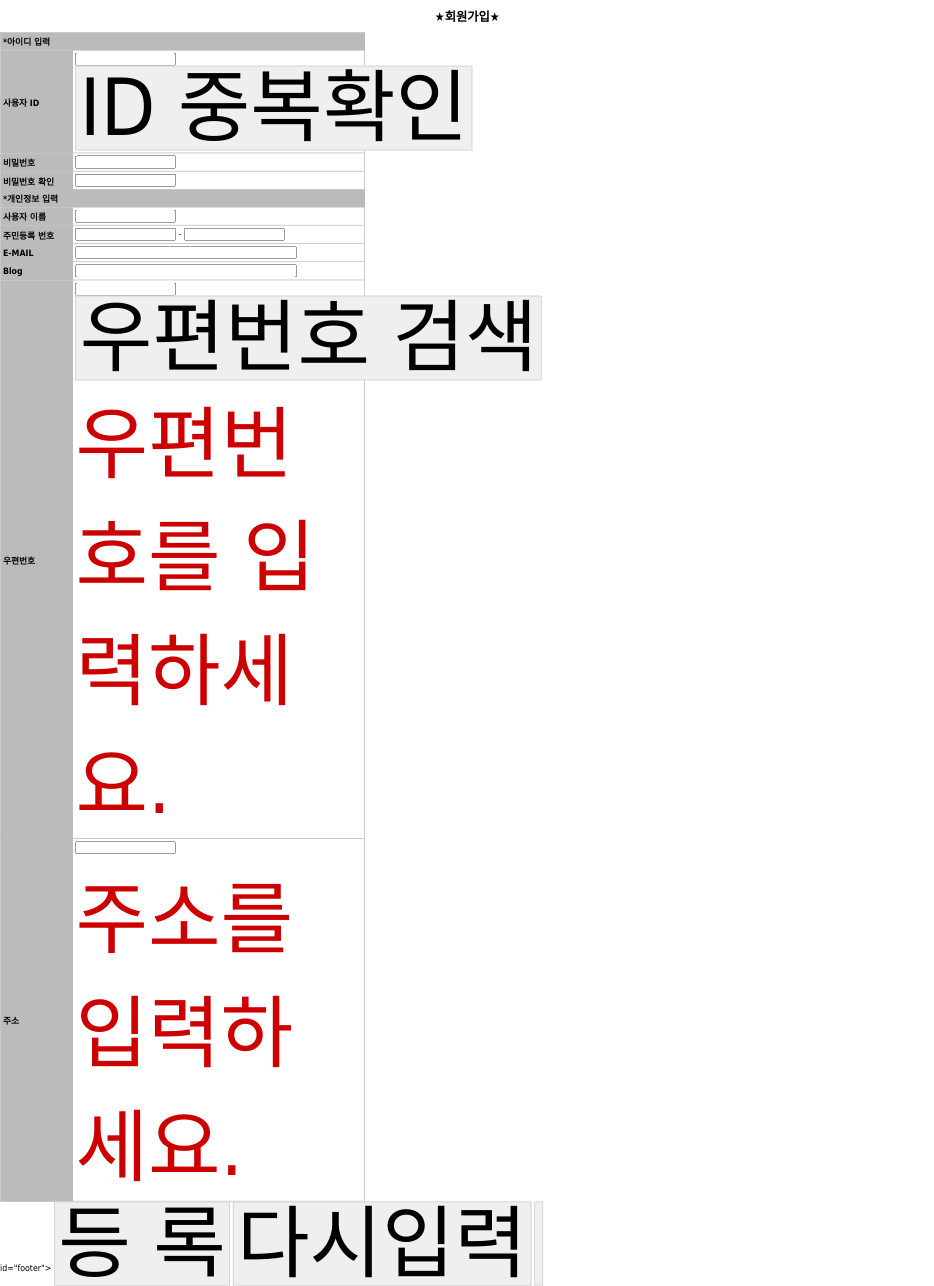
Repository: eParkjongtaek/lovedisket
Page: http://localhost/KH18_1/0904/inputForm.jsp
These files come from the project's save history. The page is drawn as it stood at one moment and after the next save; the edit follows.
The browser window is 1280 px wide. The pictures show the whole page, at 73% of full size.
The page is served by Tomcat 9.

Above is the page before, as saved 2017-09-04 04:28:18.

After the next save:
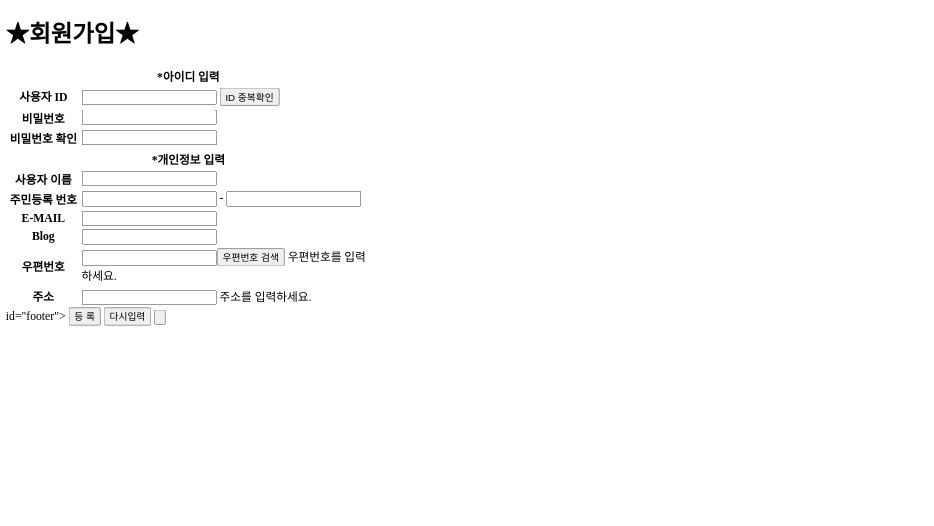
Saved 37 s later.
--- a/source/KH18_1/WebContent/0904/inputForm.jsp
+++ b/source/KH18_1/WebContent/0904/inputForm.jsp
@@ -5,7 +5,6 @@
 <head>
 <meta http-equiv="Content-Type" content="text/html; charset=EUC-KR">
 <title>회원가입</title>
-<link href="style.css" rel="stylesheet" type="text/css" />
 
 <script type="text/javascript">
 

After the save that followed:
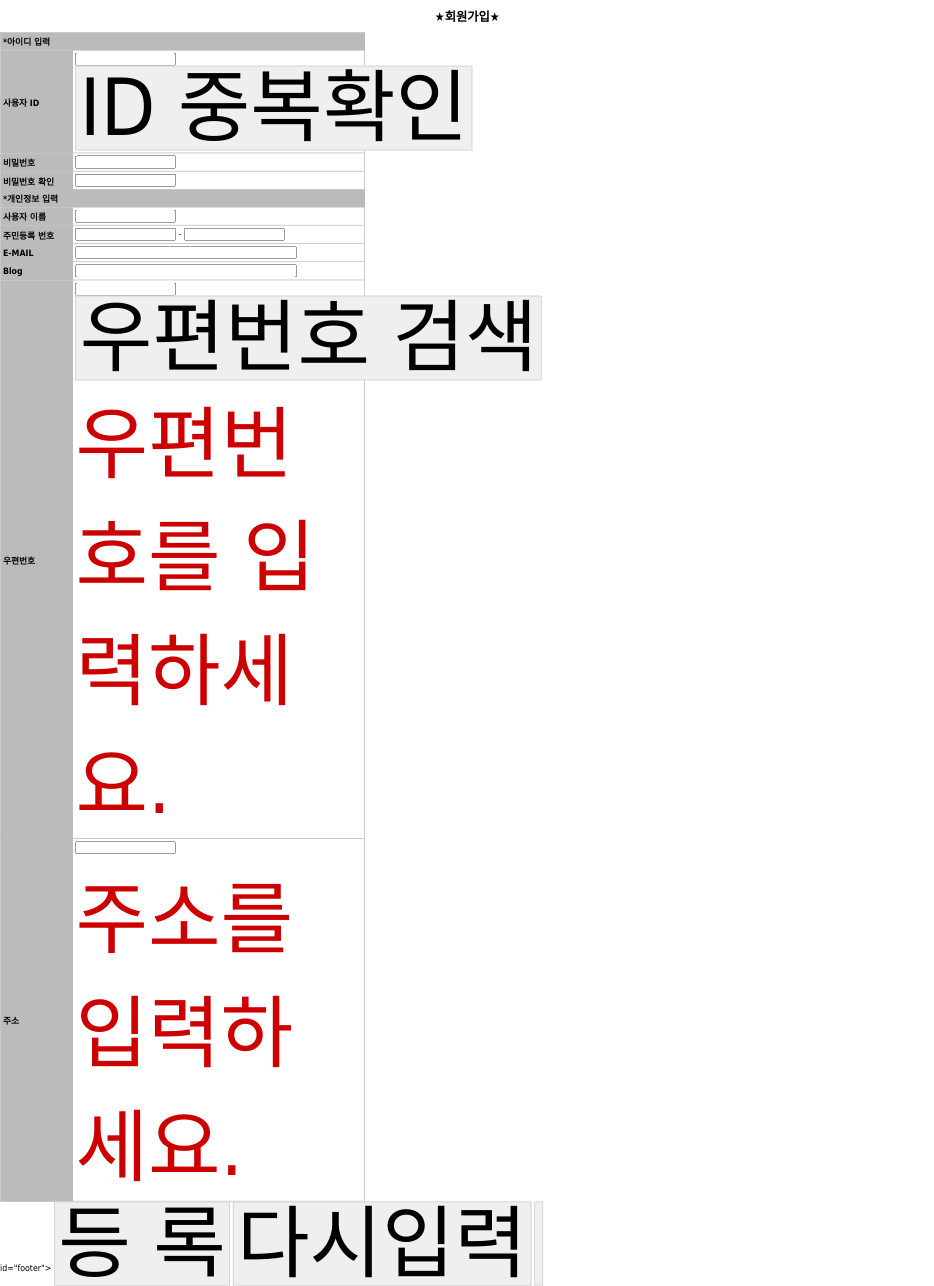
Saved 13 s later.
--- a/source/KH18_1/WebContent/0904/inputForm.jsp
+++ b/source/KH18_1/WebContent/0904/inputForm.jsp
@@ -5,6 +5,7 @@
 <head>
 <meta http-equiv="Content-Type" content="text/html; charset=EUC-KR">
 <title>회원가입</title>
+<link href="style.css" rel="stylesheet" type="text/css" />
 
 <script type="text/javascript">
 
